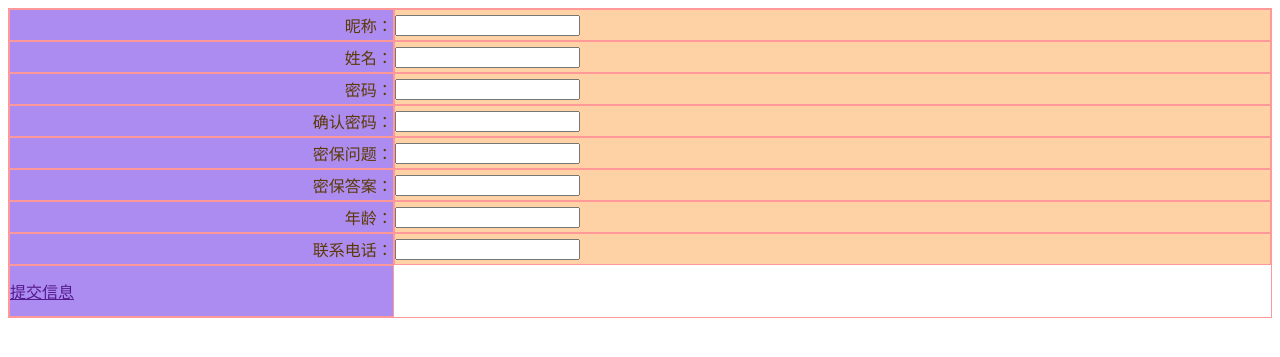
Repository: ljx1197678031/Wed-Design
Page: practice/2.html
These files come from the project's save history. The page is drawn as it stood at one moment and after a run of saves; the edit follows.
The browser window is 1280 px wide. The pictures show the whole page.

Above is the page before, as saved 2020-06-03 16:23:15.

### practice/2.html
<!DOCTYPE html>
<html lang="en">
<head>
    <meta charset="UTF-8">
    <meta name="viewport" content="width=device-width, initial-scale=1.0">
    <title>Document</title>

    <style>
        table td:nth-of-type(odd){
            background: #AD8CF2;
            color:rgb(92, 58, 7);
        }
        table td:nth-of-type(even){
            background: #FFD2A6;
        }
        @-webkit-keyframes 'buttonLight' {
            form {
                background:rgba(96,203,27,0.5);
                -webkit-box-shadow:0 0 5px reba(255,255,255,0.3) inset,
                0 0 3px regb(220 120 200 0.5);
                color:red;
            }
        }
    </style>

</head>
<body>
    <form action="#" method="post">
        <table border="1" width="100%" cellpadding="0" cellspacing="0"
            bordercolor="#FF9999" bordercolordark="#0033FF"
            bordercolorlight="#CC99FF">
            <tr>
                <td align="right" height="30px">昵称：</td>
                <td><input name="nickname" type="text"/></td>
            </tr>
            <tr>
                <td align="right" height="30px">姓名：</td>
                <td><input name="nickname" type="text"/></td>
            </tr>
            <tr>
                <td align="right" height="30px">密码：</td>
                <td><input name="nickname" type="text"/></td>
            </tr>
            <tr>
                <td align="right" height="30px">确认密码：</td>
                <td><input name="nickname" type="text"/></td>
            </tr>
            <tr>
                <td align="right" height="30px">密保问题：</td>
                <td><input name="nickname" type="text"/></td>
            </tr>
            <tr>
                <td align="right" height="30px">密保答案：</td>
                <td><input name="nickname" type="text"/></td>
            </tr>
            <tr>
                <td align="right" height="30px">年龄：</td>
                <td><input name="nickname" type="text"/></td>
            </tr>
            <tr>
                <td align="right" height="30px">联系电话：</td>
                <td><input name="nickname" type="text"/></td>
            </tr>
            <tr>
                <td height="50px"><a href="" class="btn">提交信息</td>
            </tr>
        </table>
    </form>
</body>
</html>

After the next 3 saves:
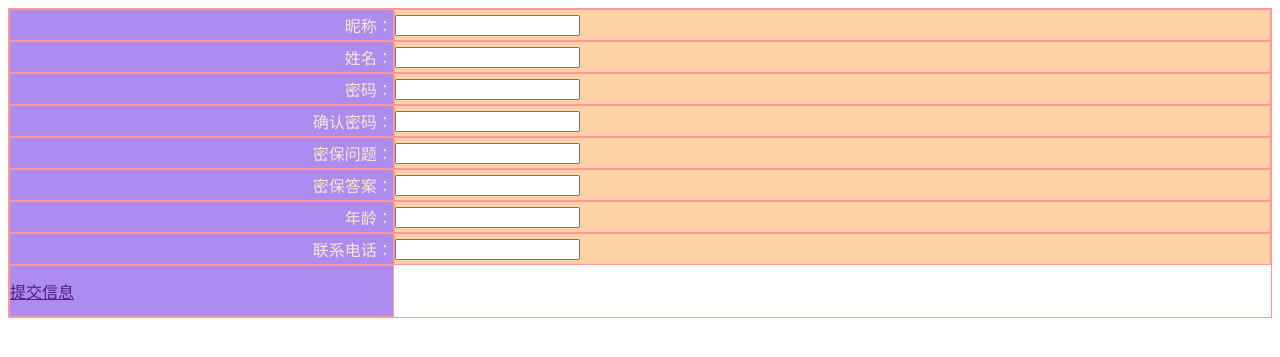
The 3 saves are shown as one change because they came seconds apart.
The last was saved 9 s later.
--- a/practice/2.html
+++ b/practice/2.html
@@ -8,7 +8,7 @@
     <style>
         table td:nth-of-type(odd){
             background: #AD8CF2;
-            color:rgb(92, 58, 7);
+            color:rgb(247, 230, 206);
         }
         table td:nth-of-type(even){
             background: #FFD2A6;
